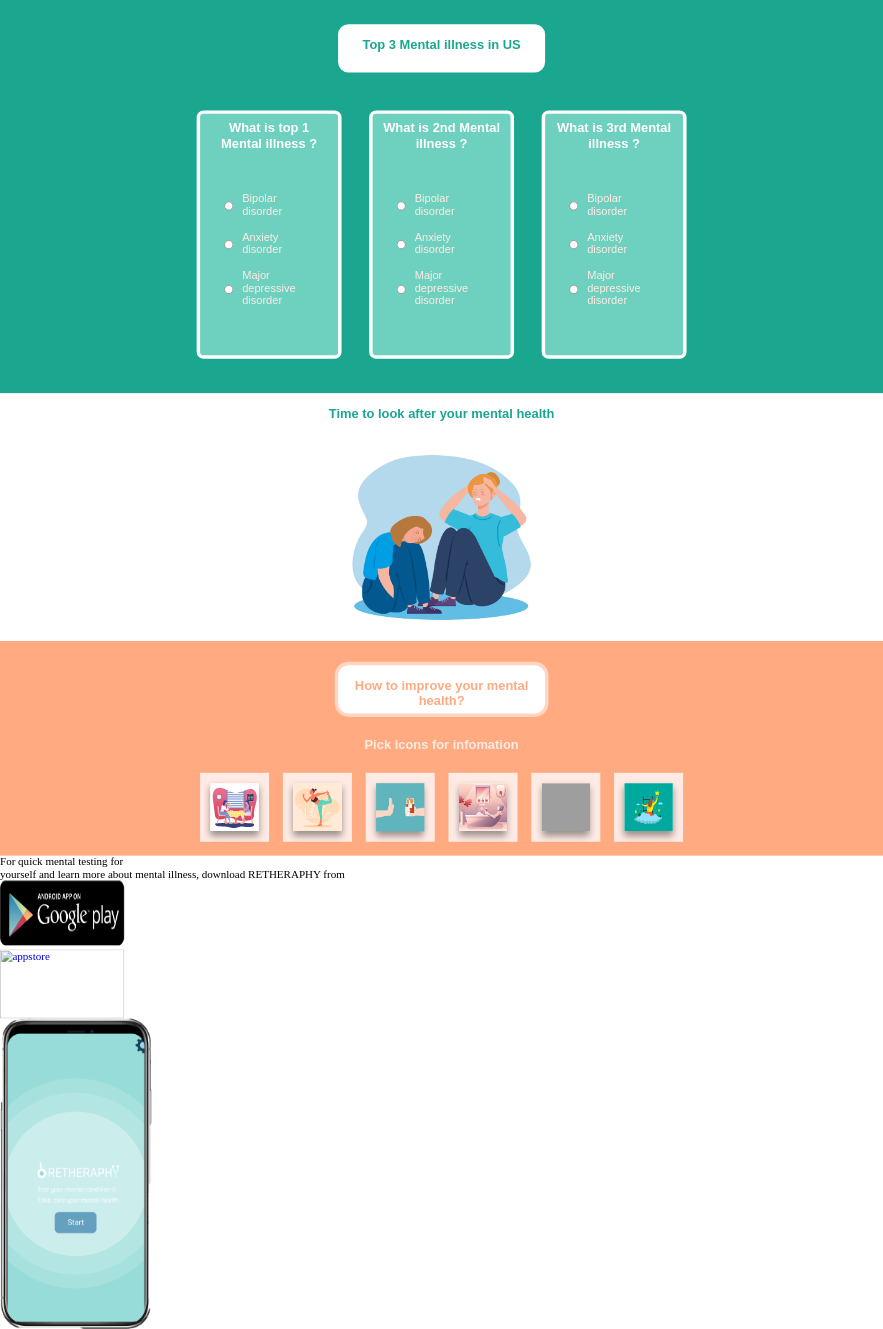
Repository: zzs1/2109-Dynamic-Content-Project
Page: index.html
The author's editor kept a copy of each file at every save. The page is drawn from the files as they stood at one save, then again after a run of saves.
The browser window is 1280 px wide. The pictures show the whole page, at 69% of full size.
Pictures or frames that could not be fetched are drawn as grey boxes. Some web fonts or font styles are not loaded; a fallback is used.

Above is the page before, as saved 2021-03-08 20:18:56.
Not found: pic/apple.png

### index.html
<html lang="en">
<head>
  <meta charset="UTF-8">
  <meta name="viewport" content="width=device-width, initial-scale=1.0">
  <link href="index.css" rel="stylesheet" type="text/css" >
  <link rel="preconnect" href="https://fonts.gstatic.com">
  <link href="https://fonts.googleapis.com/css2?family=Saira+Semi+Condensed:wght@500&display=swap" rel="stylesheet">
  <title>Midterm group project for MDIA 2109</title>
</head>
<body>
  <!--please place your code in #main -->
  <div id="main">
    <!--Shin Part: Brain-->


    <!--Shin Part: Header: Have you take good care of you mental health? -->


    <!--Shin Part: content1: Common symptoms of mental illness -->


    <!--Shin: Dont be afraid part-->


    <!--Joyce: Facts about mental disorders  -->


    <!-- DONT TOUCH!! Chisaki part start from here-->

    <!--Card question section-->
    <div class="container cardquestions">
      <div class="title"></div>
    <div class="card"></div>
    </div>
    <!--Time to look after your mental health section-->
    <div class="container mid">
      <h3 class="midtitle">Time to look after your mental health</h3>
      <img src="comps/icon/midpic.jpg" alt="mental health" max-width="300px" height="300px" />
    </div>

    <!--Pick Icons for more info part-->
    <div class="container iconsection">
      <div class="title2"></div>
      <h3 class="subtitle">Pick icons for infomation</h3>
      <div class="icon" onclick="myFunction()"></div>
      <div class="hidden" id="panel">
        <div class="info"></div>
      </div>
    </div>

    <!--DONT TOUCH!! Chisaki part ends-->

    <!--For Joyce, next part write from here as long as it is main content. If it is footer, please place the code underneath </div> with <footer>-->
      <div  id="bottom">
        <div id="right">
            <div id="content">
            For quick mental testing for <br>yourself and learn more about mental illness, download RETHERAPHY from  </div>
            <div id="logo"><a href="https://play.google.com/store"><img  src=joyce_code/pic/google.png alt="appstore" width=180 height=100></img></a><br>
                <a href="https://www.apple.com/ca/app-store/"><img  src=pic/apple.png alt="appstore"  width=180 height=100></img></a>
            </div>
        </div>
      <div id="showcase"><img  src="pic/phone.png" alt="apps phone" width="220" height="450"> </div>
    </div>

  </div>

  <!--DONT TOUCH !! Chisaki scripts start from here-->
  <script src="comps/card/index.js"></script>
  <script src="comps/Title/index.js"></script>
  <script src="comps/icon/index.js"></script>
  <script src="comps/Info/index.js"></script>
  <script src="index.js"></script>
  <script>
    function myFunction() {
      document.getElementById("panel").style.display = "block";
    }
    document.getElementById("icon1").onclick = function (){
      document.getElementById("info1").style.display = "block";
      document.getElementById("info2").style.display = "none";
      document.getElementById("info3").style.display = "none";
      document.getElementById("info4").style.display = "none";
      document.getElementById("info5").style.display = "none";
      document.getElementById("info6").style.display = "none";
    }
    document.getElementById("icon2").onclick = function (){
      document.getElementById("info2").style.display = "block";
      document.getElementById("info1").style.display = "none";
      document.getElementById("info3").style.display = "none";
      document.getElementById("info4").style.display = "none";
      document.getElementById("info5").style.display = "none";
      document.getElementById("info6").style.display = "none";
    }
    document.getElementById("icon3").onclick = function (){
      document.getElementById("info3").style.display = "block";
      document.getElementById("info1").style.display = "none";
      document.getElementById("info2").style.display = "none";
      document.getElementById("info4").style.display = "none";
      document.getElementById("info5").style.display = "none";
      document.getElementById("info6").style.display = "none";
    }
    document.getElementById("icon4").onclick = function (){
      document.getElementById("info4").style.display = "block";
      document.getElementById("info1").style.display = "none";
      document.getElementById("info2").style.display = "none";
      document.getElementById("info3").style.display = "none";
      document.getElementById("info5").style.display = "none";
      document.getElementById("info6").style.display = "none";
    }
    document.getElementById("icon5").onclick = function (){
      document.getElementById("info5").style.display = "block";
      document.getElementById("info1").style.display = "none";
      document.getElementById("info2").style.display = "none";
      document.getElementById("info3").style.display = "none";
      document.getElementById("info4").style.display = "none";
      document.getElementById("info6").style.display = "none";
    }
    document.getElementById("icon6").onclick = function (){
      document.getElementById("info6").style.display = "block";
      document.getElementById("info1").style.display = "none";
      document.getElementById("info2").style.display = "none";
      document.getElementById("info3").style.display = "none";
      document.getElementById("info4").style.display = "none";
      document.getElementById("info5").style.display = "none";
    }
    </script>
    <!--DONT TOUCH !! Chisaki scripts ends here-->

</body>
</html>

### index.css
html,body {
  margin:0;
}

#main {
  width:100vw;
  height:100vh;
  display:flex;
  flex-direction: column;
}

/* DONT TOUCH !! Chisaki Part Start from here */
.container {
 min-width:100%;
}
.cardquestions{
  background-color:#1BA68F;
}
.card {
  display:flex;
  flex-direction:row;
  flex-wrap: wrap;
  justify-content:center;
  align-items: center;
  margin:30px;
  font-family: 'Saira Semi Condensed', sans-serif;
}
.mid{
  background-color:#FFFFFF;
  text-align: center;
}
.midtitle {
 color:#1BA68F;
 font-family: 'Saira Semi Condensed', sans-serif;

}

.iconsection {
  background-color:#FFAA81;

}
.title,.title2{
  display: flex;
  justify-content:center;
  align-items: center;
  margin:30px;
  font-family: 'Saira Semi Condensed', sans-serif;
}

.icon {
  display: flex;
  flex-wrap: wrap;
  justify-content:center;
  align-items: center;
  margin:10px;
  font-family: 'Saira Semi Condensed', sans-serif;

}
.subtitle {
  color:#FFEBE4;
  text-align: center;
  font-family: 'Saira Semi Condensed', sans-serif;
}
.hidden{
  display:none;
}
.info {
justify-content: center;
align-items: center;
font-family: 'Saira Semi Condensed', sans-serif;
}

/* DONT TOUCH !!Chisaki Part End here*/

### comps/card/index.js
function CardUI(title='question',option1='text1', option2='text2', option3='text3',backtitle="Answer",content="answer paragraphs"){
  return`
  <div style='
  background-color:#6ED1BF;
  max-height:350px;
  max-width:200px;
  border-radius:10px;
  border:5px solid #FFFFFF;
  margin:20px;
  '
  onclick='CardUI.HandleClick(this)'
  >

    <div class="front" style='
    transition: opacity 1s;
    opacity: 1;
    '
    >
      <h3 style='
      color:#FFFFFF;
      text-align:center;
      margin:10px;
      '>
        ${title}
      </h3>

      <div style='
      display:flex;
      flex-direction:column;
      margin:50px 20px;

      '>
        <div style='
        display:flex;
        flex-direction:row;
        margin:10px;
        '>

          <input name='question'
          type=radio />
            <p style='
            color:#FFEBE4;
            margin:0;
            margin-left:10px;
            '>${option1}
            </p>
        </div>

        <div style='
        display:flex;
        flex-direction:row;
        margin:10px;
        '>

          <input name='question'
          type=radio />
            <p style='
            color:#FFEBE4;
            margin:0;
            margin-left:10px;
            '>
            ${option2}
            </p>
        </div>

        <div style='
        display:flex;
        flex-direction:row;
        margin:10px;
        '>

          <input name='question'
          type=radio />
            <p style='
            color:#FFEBE4;
            margin:0;
            margin-left:10px;
            '>
            ${option3}
            </p>
        </div>
      </div>
    </div>

    <div class="back" style='
    display: flex;
    flex-direction:column;
    position: relative;
    justify-content: center;
    align-items: center;
    top: -350px;
    transition: opacity 1s;
    opacity: 0;
    '>
      <h3 style='
      color:#FFEBE4;
      text-align:center;
      margin:10px;

      '>
        ${backtitle}
      </h3>
      <p style='
      color:#FFFFFF;
      text-align:center;
      margin:10px;
      '>
      ${content}
      </p>
    </div>
  </div>
`}

//export const Card = CardUI();
CardUI.HandleClick = (el) => {
  el.querySelector(".front").style.opacity= 0;
  el.querySelector(".back").style.opacity = 1;
}

### comps/Title/index.js
function TitleUI(bgcolor="#FFFFFF", bodercolor="#FFD4C1",text="title", font="#FFAA81"){
return`<div style='
width:300px;
height:70px;
border-radius:20px;
background-color:${bgcolor};
border:5px solid ${bodercolor};

'>
<h3 style='
color:${font};
text-align:center;
'>${text}</h3>
</div>
`
}
//export const Title = TitleUI();

### comps/icon/index.js
function IconUI(id="id",url="https://placekitten.com/300/300",text="icon"){
  return`<div style='
  width:100px;
  height:100px;
  background-color:#FFEBE4;
  margin:10px;
  text-align:center;
  '
  id='${id}'
  onmouseover='IconUI.HandleClick(this)'

  '>

    <div class="front" style='
    transition: opacity 1s;
    opacity: 1;
    '
    >
      <img style='
      width:70px;
      height:70px;
      object-fit:cover;
      margin:15px;
      box-shadow:0 6px 10px 0 rgba(0, 0, 0, 0.4);
      'src='${url}' />

    </div>

    <div class="mouseover" style='
    display: flex;
    flex-direction:column;
    position: relative;
    justify-content: center;
    align-items: center;
    top: -90px;
    transition: opacity 1s;
    opacity: 0;
    '>
      <p style='
      color:#646464;
      font:21px;
      '>
      ${text}
      </p>
    </div>
  </div>
`}

//export const Icon = IconUI();

IconUI.HandleClick = (el) => {
  //in the UI's case, el is the div itself
  el.querySelector(".front").style.opacity= 0.4;
  el.querySelector(".mouseover").style.opacity = 1;

  //onclick

}

### comps/Info/index.js
function InfoUI(id="id",url="https://placekitten.com/300/300",title="h3title",text="paragraphs here"){
  return`<div class="container"
  id="${id}"
  style='
  width:100vw;
  display:flex;
  flex-direction:column;
  text-align:center;
  align-items:center;

  '>
    <img style='
    width:150px;
    height:150px;
    'src='${url}' />

      <div class=psbox
      style='
      display:flex;
      flex-direction:column;
      align-items:center;
      margin:20px;
      '>
        <h3 style='
        color:#1BA68F;
        '>
        ${title}
        </h3>
        <p style='
        color:#FFEBE4;
        width:70%;
        '>
        ${text}
        </p>

    <div>
  </div>
  `
  }
  //export const Info = InfoUI();
  function clickedButton(){
    document.getElementById("container").style.display = "none";
  }

### index.js
// DONT TOUCH !!Chisaki JS start from here
document.querySelector(".title").innerHTML += TitleUI("#FFFFFF","#1BA68F","Top 3 Mental illness in US","#1BA68F");
document.querySelector(".card").innerHTML += CardUI("What is top 1 Mental illness ?", "Bipolar disorder", "Anxiety disorder", "Major depressive disorder","Anxiety disorder","Symptoms can include excessive worrying, feeling agitated, restlessness, fatigue, tense muscles, difficulty sleeping, and panic attacks");
document.querySelector(".card").innerHTML += CardUI("What is 2nd Mental illness ?", "Bipolar disorder", "Anxiety disorder", "Major depressive disorder","Major depressive disorder", "Symptoms include depressed mood, change in weight, appetite and sleep patterns, fatigue, and a feeling of worthlessness");
document.querySelector(".card").innerHTML += CardUI("What is 3rd Mental illness ?", "Bipolar disorder", "Anxiety disorder", "Major depressive disorder","Bipolar disorder","Symptoms  include experience manic episodes where their moods and behaviors are drastically different than normal.");
document.querySelector(".title2").innerHTML += TitleUI("#FFFFFF","#FFD4C1","How to improve your mental health?","#FFAA81");
document.querySelector(".icon").innerHTML += IconUI("icon1",'comps/icon/pic1.svg',"EAT WELL");
document.querySelector(".icon").innerHTML += IconUI("icon2",'comps/icon/pic2.svg',"STRECHING");
document.querySelector(".icon").innerHTML += IconUI("icon3",'comps/icon/pic3.jpg',"STOP TOBBACO");
document.querySelector(".icon").innerHTML += IconUI("icon4",'comps/icon/pic4.svg', "TREAT YOURSELF");
document.querySelector(".icon").innerHTML += IconUI("icon5",'comps/icon/pic5.svg', "CHAT CHAT CHAT");
document.querySelector(".icon").innerHTML += IconUI("icon6",'comps/icon/pic6.svg', "PLAN YOUR GOAL");
document.querySelector(".info").innerHTML += InfoUI("info1",'comps/icon/pic1.svg',"Eat and drink to optimize your health","Eating healthy is not only good for your physical health, but also for your mental health. some people release their stress by eating junk foods, taking caffeine, or drinking alcohol, but it is not a good way to release your stress in the long run. Consider making healthy eating and drinking habits. ");
document.querySelector(".info").innerHTML += InfoUI("info2",'comps/icon/pic2.svg',"Exercise regularly","Try to do some exercises because we can ease our stress by moving our body. You can try non-competitive exercises, such as aerobics, weight training, and yoga. According to the study, aerobic exercise can release endorphins which are natural substances that make your feeling better and keep you being positive.");
document.querySelector(".info").innerHTML += InfoUI("info3",'comps/icon/pic3.jpg',"Stop using tobacco and nicotine products","Did you know smoking is not only bad for your physical health, but also mental health? Smoking increases your anxiety and tension. In fact, if you try to stop smoking and get rid of the nicotine, you would feel irritable and anxious due to the signals from certain chemicals in the brain.");
document.querySelector(".info").innerHTML += InfoUI("info4",'comps/icon/pic4.svg', "Study and practice relaxation techniques", "Finding your relaxation way is really important to relieve your stress. It can be anything that you would like to do, such as taking a long bath, deep breathing, doing mindfulness meditation, or daydreaming. In retheraphy, we are also introducing some popular relaxation ways.");
document.querySelector(".info").innerHTML += InfoUI("info5",'comps/icon/pic5.svg', "Talk how you feel to someone","By talking your concerns to someone else, you can organize your feeling. Moreover, someone may give you some advice for your concerns. It is always a good idea to talk your feelings to people you trust. If your concerns are really personal ones, you can also reach out to some professional consultants.");
document.querySelector(".info").innerHTML += InfoUI("info6",'comps/icon/pic6.svg', "Set realistic goals and expectations", "By setting realistic goals and achieving small goals step by step, you can get more and more confident on yourself. For example, if you are trying to go on diet, you can start by walking 1 or 2 bus stops distance once or twice a week. When you making a plan, it is a good idea to consider your plan for the long run.");
// DONT TOUCH !!Chisaki JS End here

After the next 5 saves:
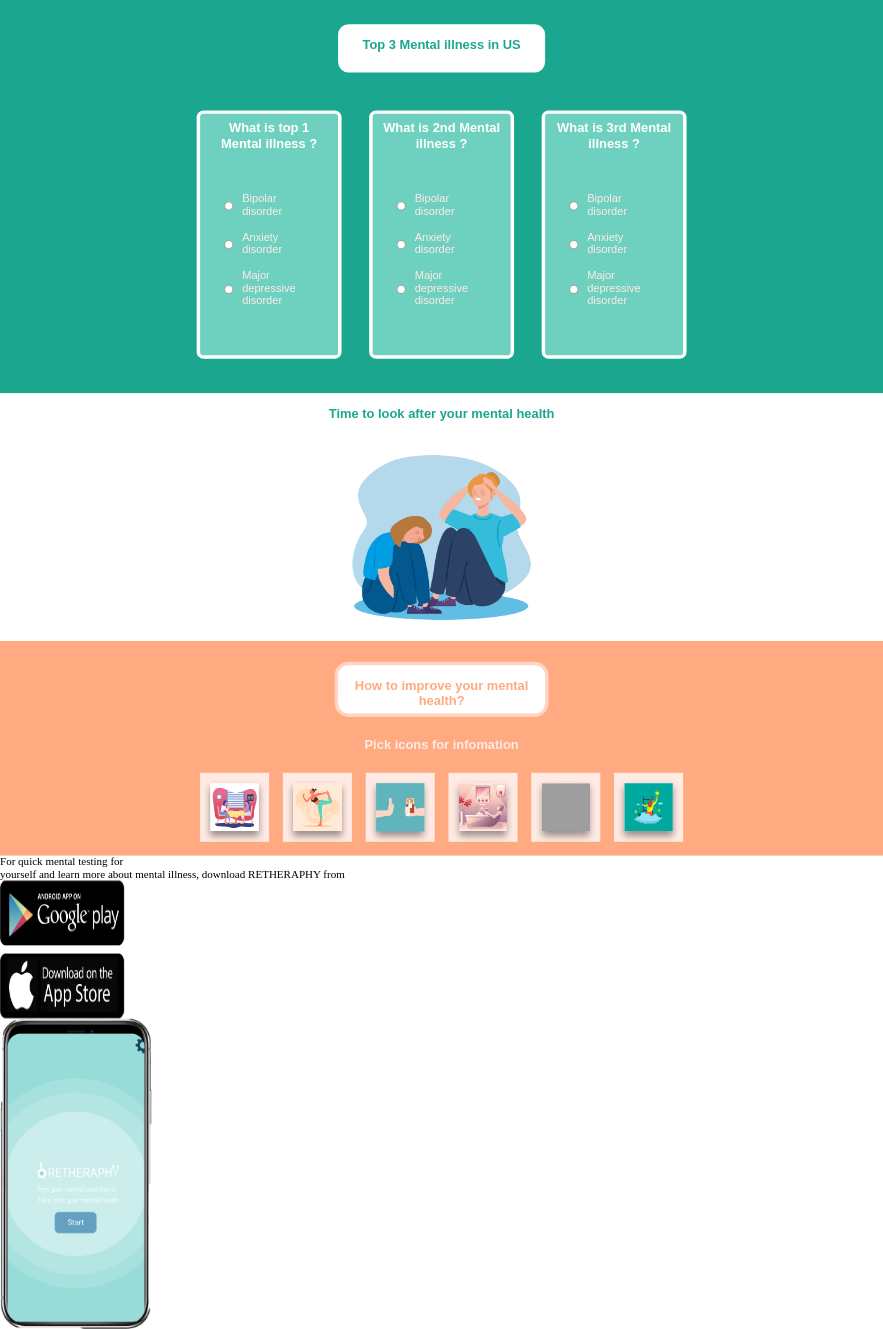
The 5 saves are shown as one change because they came seconds apart.
The last was saved 15 s later.
--- a/index.html
+++ b/index.html
@@ -56,7 +56,7 @@
             <div id="content">
             For quick mental testing for <br>yourself and learn more about mental illness, download RETHERAPHY from  </div>
             <div id="logo"><a href="https://play.google.com/store"><img  src=joyce_code/pic/google.png alt="appstore" width=180 height=100></img></a><br>
-                <a href="https://www.apple.com/ca/app-store/"><img  src=pic/apple.png alt="appstore"  width=180 height=100></img></a>
+                <a href="https://www.apple.com/ca/app-store/"><img  src=joyce_code/pic/apple.png alt="appstore"  width=180 height=100></img></a>
             </div>
         </div>
       <div id="showcase"><img  src="pic/phone.png" alt="apps phone" width="220" height="450"> </div>
